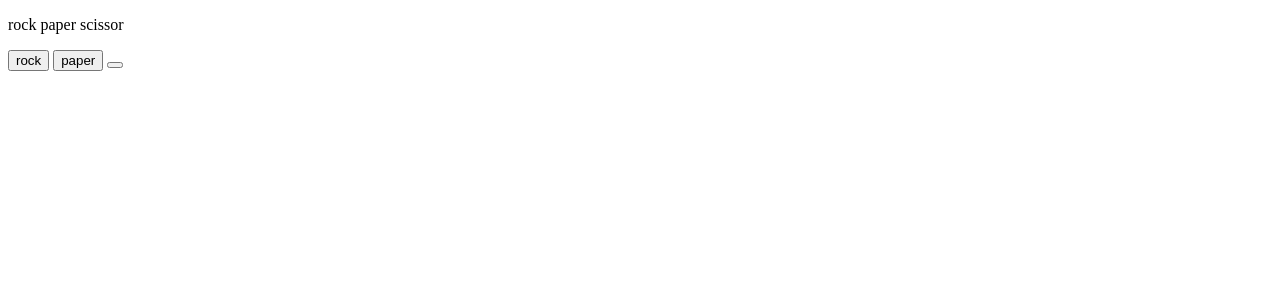
Repository: KolawoleTemilade/javascript
Page: booleans -rock,paper,scissors/index.html
The author's editor kept a copy of each file at every save. The page is drawn from the files as they stood at one save, then again after the next save.
The browser window is 1280 px wide. The pictures show the whole page.

Above is the page before, as saved 2024-10-03 15:16:39.

### booleans -rock,paper,scissors/index.html
<!DOCTYPE html>
<html lang="en">
<head>
    <meta charset="UTF-8">
    <meta name="viewport" content="width=device-width, initial-scale=1.0">
    <title>rock paper and scissor</title>
</head>
<body>
     <p>rock paper scissor </p>
     <div>
        <button>rock</button>
        <button>paper</button>
        <button></button>
     </div>
</body>
</html>

After the next save:
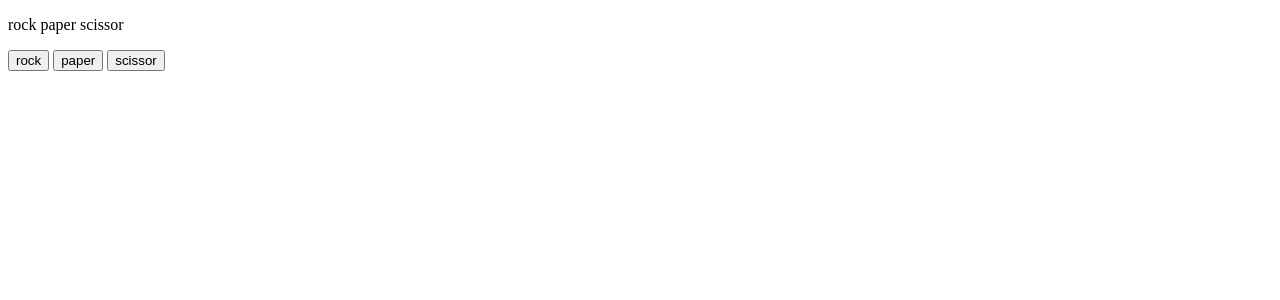
Saved 5 s later.
--- a/booleans -rock,paper,scissors/index.html
+++ b/booleans -rock,paper,scissors/index.html
@@ -10,7 +10,7 @@
      <div>
         <button>rock</button>
         <button>paper</button>
-        <button></button>
+        <button>scissor</button>
      </div>
 </body>
 </html>
